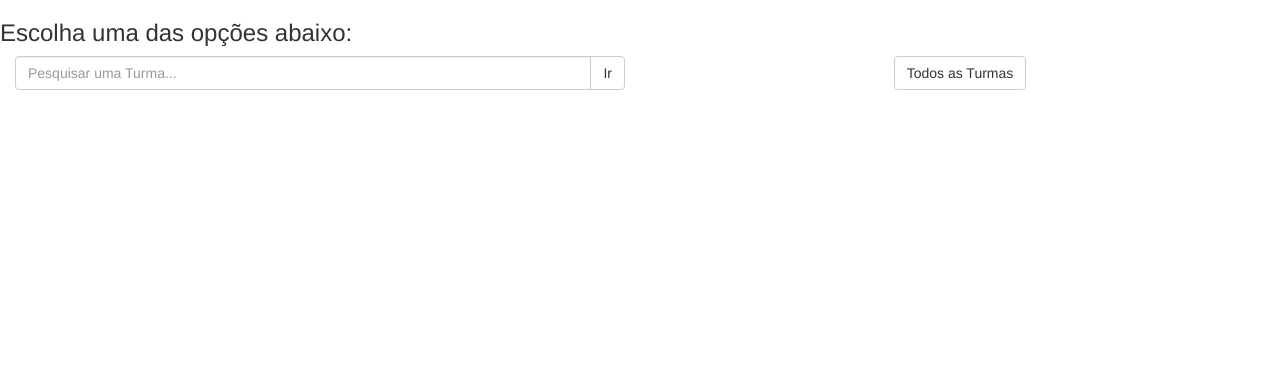
Repository: ipti/br.tag.webservice
Page: http://localhost/Restful-API-TAG/classrooms.jsp
These files come from the project's save history. The page is drawn as it stood at one moment and after the next save; the edit follows.
The browser window is 1280 px wide. The pictures show the whole page.
The page is served by Tomcat 9.

Above is the page before, as saved 2016-04-27 13:45:23.

After the next save:
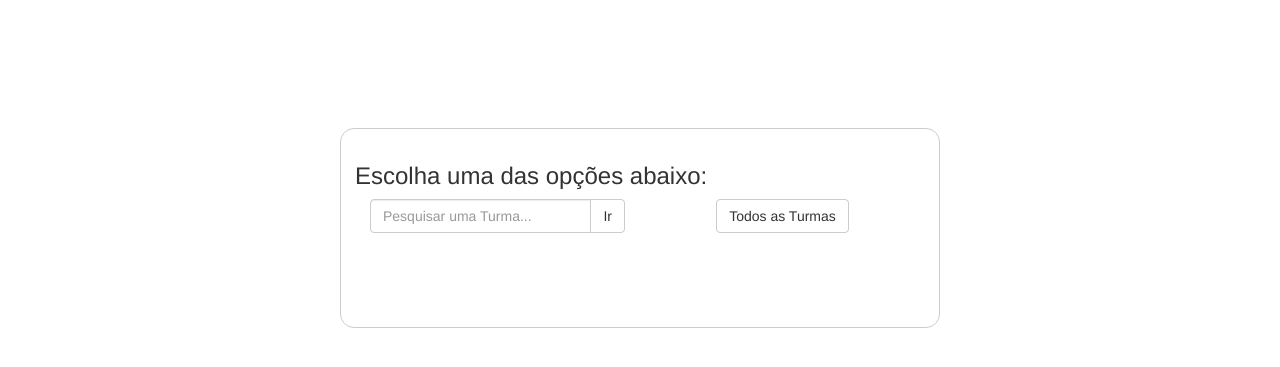
Saved 30 s later.
--- a/Restful-API-TAG/WebContent/css/styles.css
+++ b/Restful-API-TAG/WebContent/css/styles.css
@@ -11,7 +11,7 @@
     border-radius: 1em;
 }
 
-#studentsDiv {
+#studentsDiv, #schoolsDiv, #instructorsDiv, #classroomDiv {
     /* Just to center the form on the page */
     margin: 10% auto;
     width: 600px;
